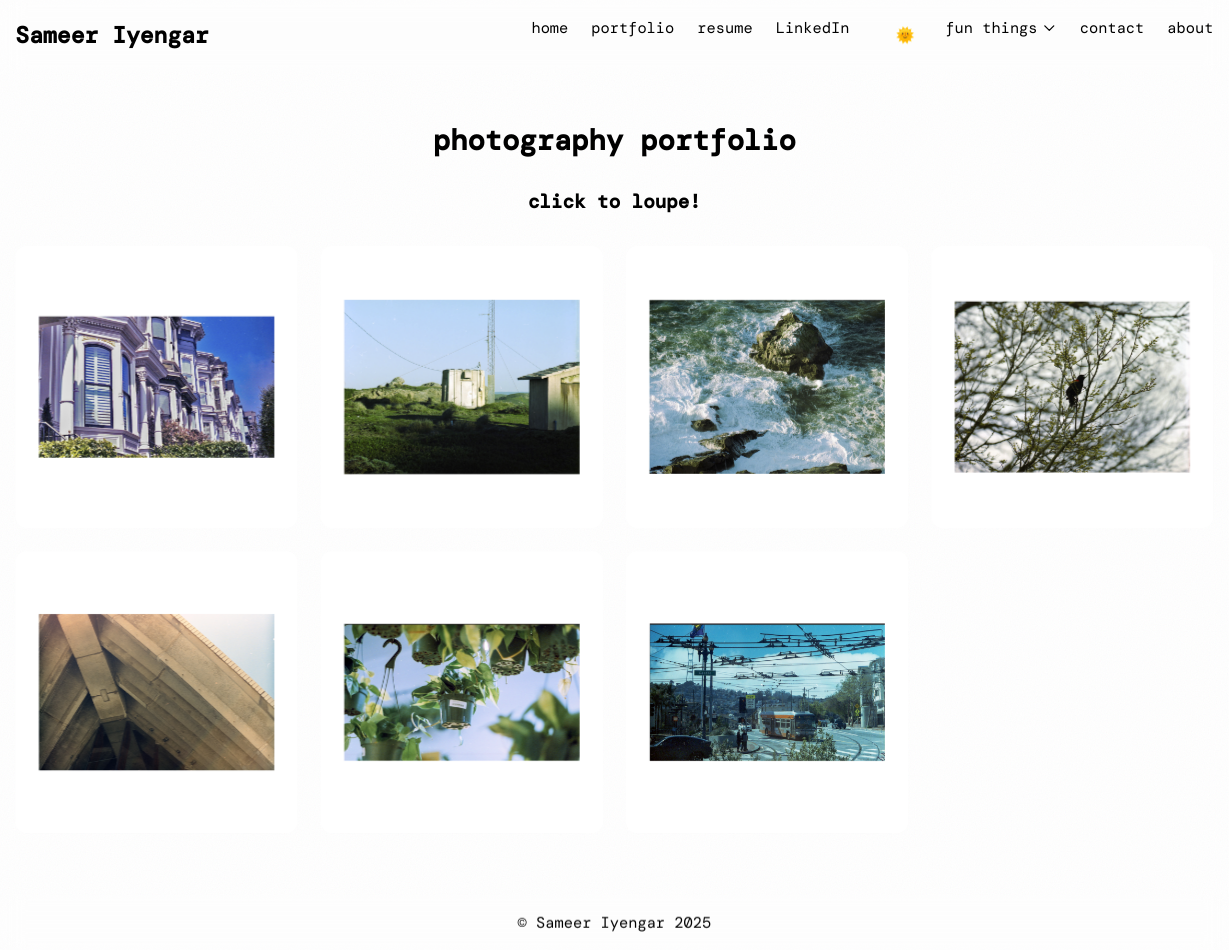
Repository: siyengar04/siyengar04.github.io
Page: portfolio.html
These files come from the project's save history. The page is drawn as it stood at one moment and after the next save; the edit follows.
The browser window is 1280 px wide. The pictures show the whole page, at 96% of full size.
Some web fonts or font styles are not loaded; a fallback is used.

Above is the page before, as saved 2025-10-11 16:23:18.
Not found: path-to-your-bottom-border.svg
Not found: path-to-your-top-border.svg

After the next save:
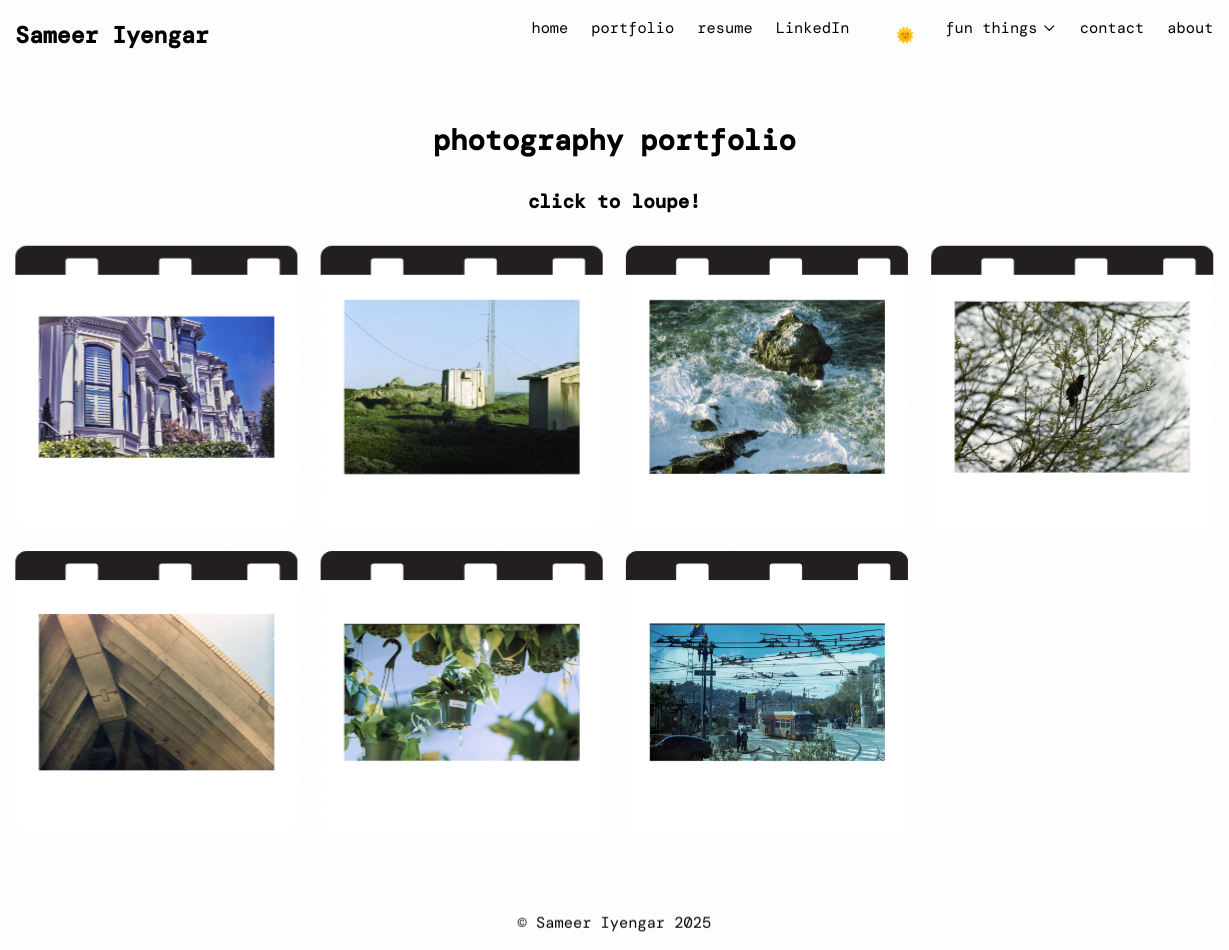
Saved 24 s later.
--- a/portfolio.html
+++ b/portfolio.html
@@ -61,7 +61,7 @@
 
         .gallery-item::before {
             top: 0;
-            background-image: url('path-to-your-top-border.svg');
+            background-image: url('Asset 4.svg');
         }
 
         .gallery-item::after {
